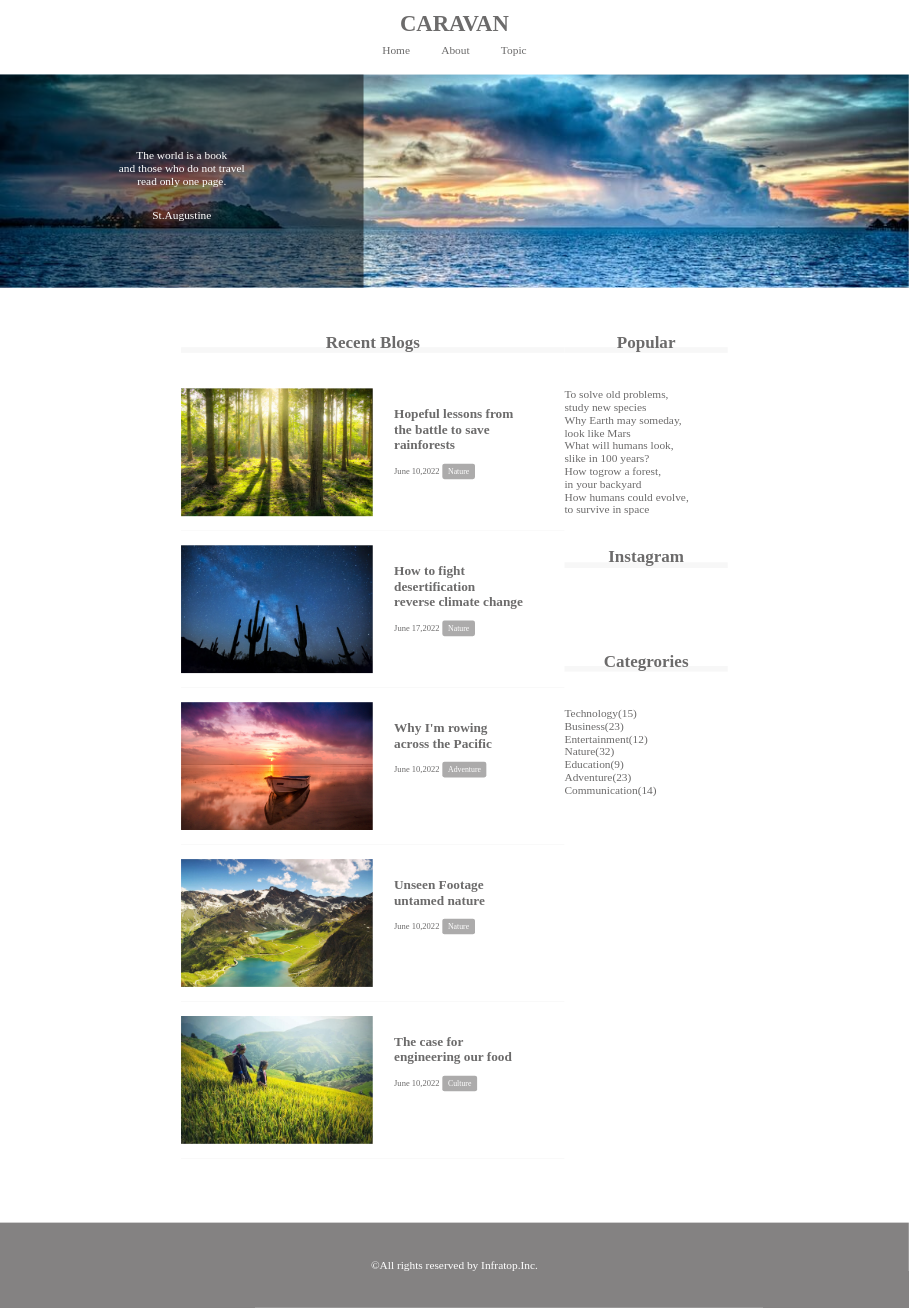
Repository: ego-boosting/assightment_1
Page: caravan/index.html
The author's editor kept a record of every edit. The page is drawn from the files as they stood at one moment, then again after the next edit.
The browser window is 1280 px wide. The pictures show the whole page, at 71% of full size.

Above is the page before.

After the next edit:
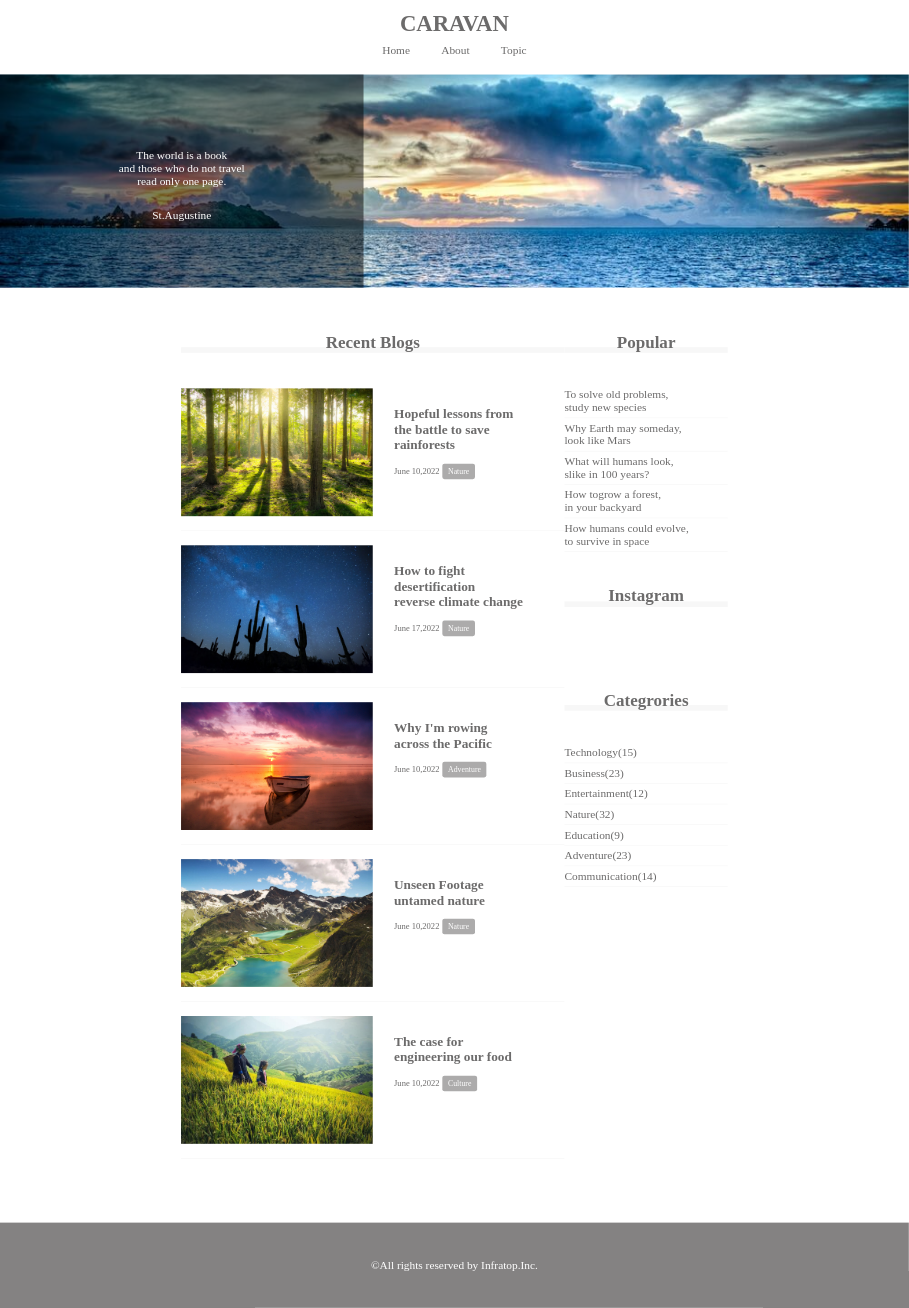
The edit:
--- a/caravan/style.css
+++ b/caravan/style.css
@@ -128,6 +128,13 @@
   padding: 50px 0;
 }
 
+.popular-text,
+.categories-text {
+  padding-bottom: 5px;
+  border-bottom: 1px solid #f7f7f7;
+  margin-bottom: 5px;
+}
+
 footer{
   width: 100%;
   height: 120px;
